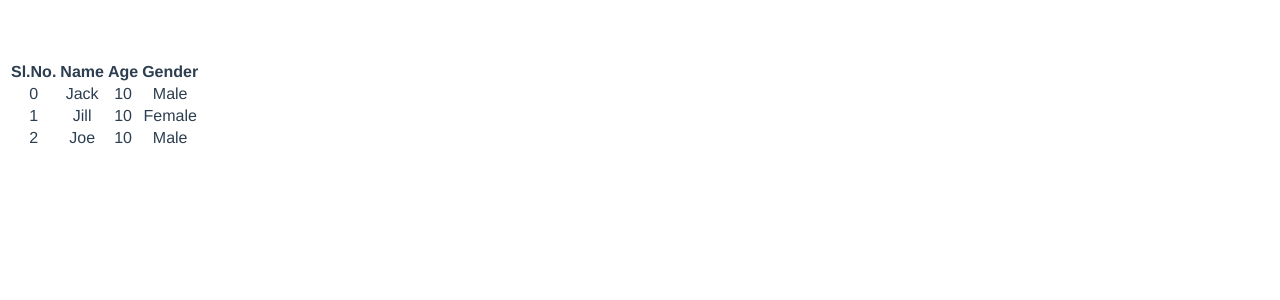
Repository: tysonpaul89/vue-student-crud
Page: /
These files come from the project's save history. The page is drawn as it stood at one moment and after the next save; the edit follows.
The browser window is 1280 px wide. The pictures show the whole page.
The project was rebuilt for these pictures with package versions that can differ from the ones it lists, and the page was loaded fresh each time.

Above is the page before, as saved 2020-04-10 16:55:11.

### src/App.vue
<template>
  <div id="app">
    <StudentListng />
  </div>
</template>

<script>
import StudentListng from './components/StudentListng.vue'

export default {
  name: 'App',
  components: {
    StudentListng
  }
}
</script>

<style>
#app {
  font-family: Avenir, Helvetica, Arial, sans-serif;
  -webkit-font-smoothing: antialiased;
  -moz-osx-font-smoothing: grayscale;
  text-align: center;
  color: #2c3e50;
  margin-top: 60px;
}
</style>

### src/components/StudentListng.vue
<template>
    <div class="container">
        <table>
            <thead>
                <tr>
                    <th>Sl.No.</th>
                    <th>Name</th>
                    <th>Age</th>
                    <th>Gender</th>
                </tr>
            </thead>
            <tbody>
                <tr v-for="(student, index) in studentList" :key="student.id">
                    <td>{{ index }}</td>
                    <td>{{ student.name }}</td>
                    <td>{{ student.age }}</td>
                    <td>{{ student.gender }}</td>
                </tr>
            </tbody>
        </table>
    </div>
</template>

<script>
export default {
    data() {
        return {
            studentList: [
                { id:1, name: 'Jack', age: 10, gender: 'Male', birthMonth: 7, birthYear: 2008 },
                { id:2, name: 'Jill', age: 10, gender: 'Female', birthMonth: 7, birthYear: 2008 },
                { id:3, name: 'Joe', age: 10, gender: 'Male', birthMonth: 7, birthYear: 2008 },
            ]
        }
    }
}
</script>

<style scoped>
    table td th{
        border: 1px solid #000;
    }
</style>

Loaded but not shown: public/index.html (common file); src/main.js (common file)

After the next save:
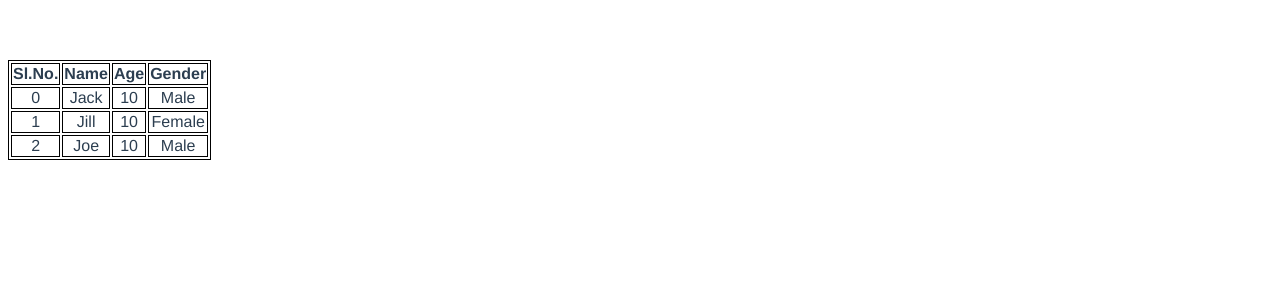
Saved 11 s later.
--- a/src/components/StudentListng.vue
+++ b/src/components/StudentListng.vue
@@ -36,7 +36,7 @@ export default {
 </script>
 
 <style scoped>
-    table td th{
+    table, td, th{
         border: 1px solid #000;
     }
 </style>
